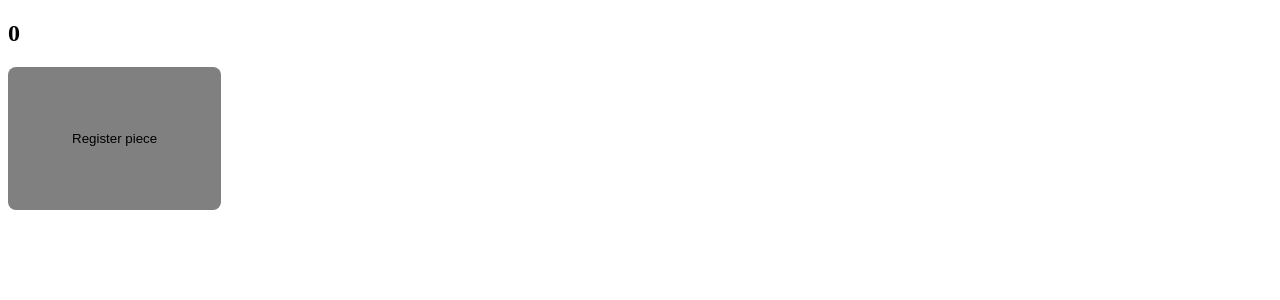
Repository: Esttevo/list-rewiew-js-2
Page: modulo-6/att-2/index.html
An editor plug-in stored every save of this project. The page is shown before and after the next save, followed by the edit.
The browser window is 1280 px wide. The pictures show the whole page.

Above is the page before, as saved 2026-10-22 20:12:32.

After the next save:
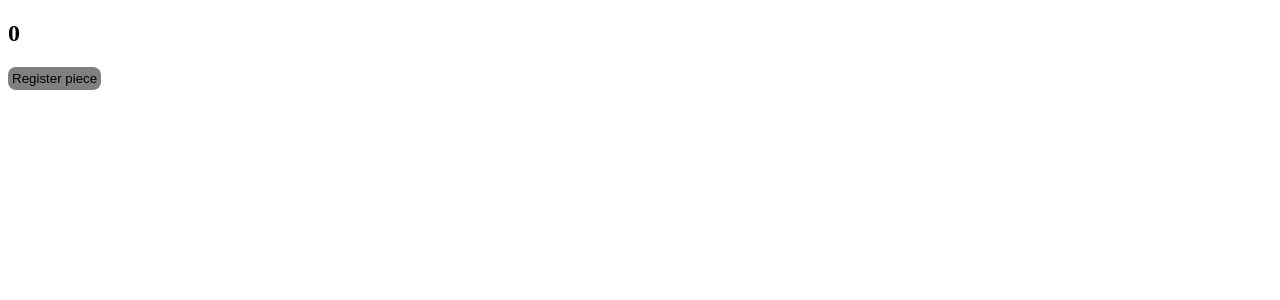
Saved 5 s later.
--- a/modulo-6/att-2/style.css
+++ b/modulo-6/att-2/style.css
@@ -1,6 +1,6 @@
 button {
     border: none;
     border-radius: 8px;
-    padding: 4rem;
+    padding: 4px;
     background-color: grey;
 }
